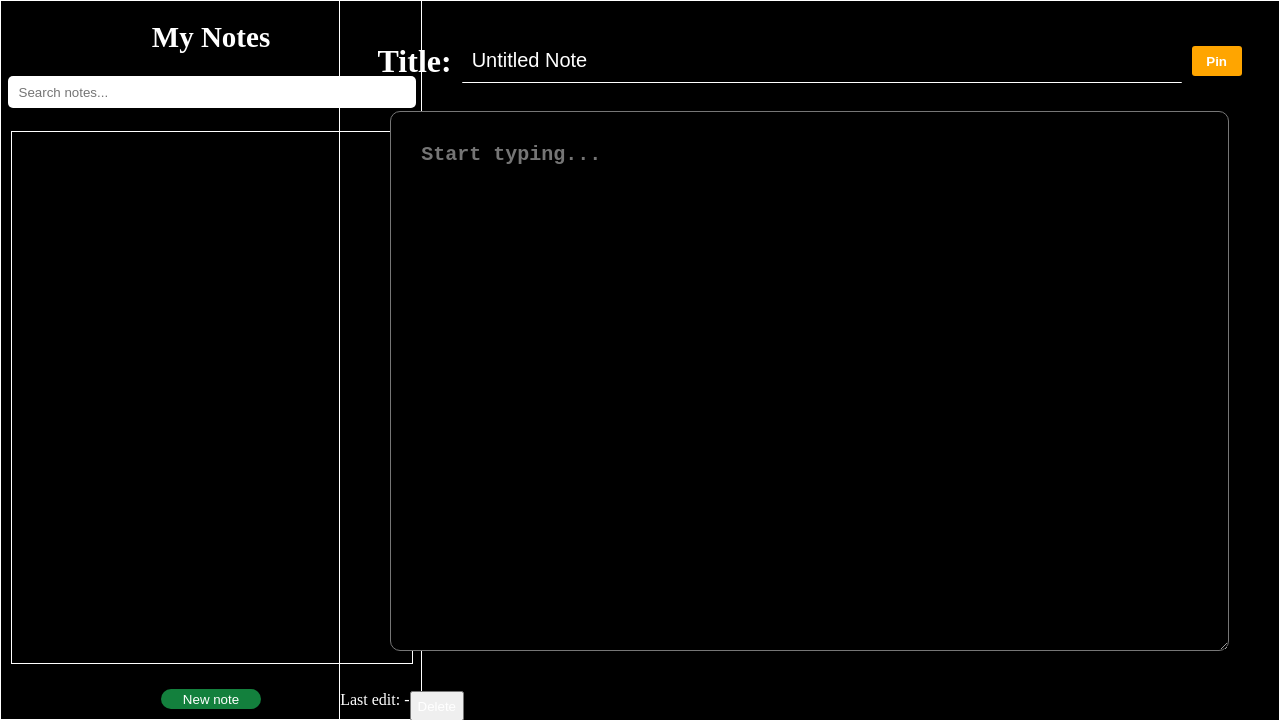
Repository: dmpelaez/myNotes
Page: QuickNotes.html
These files come from the project's save history. The page is drawn as it stood at one moment and after the next save; the edit follows.
The browser window is 1280 px wide. The pictures show the whole page.

Above is the page before, as saved 2025-12-18 21:40:46.

### QuickNotes.html
<!DOCTYPE html>

  <html>

    <head>

      <title>Quick Notes</title>

      <!--CSS LINK-->
      <link rel="stylesheet" href="QuickNotes.css">
    </head>
    <body>

      <!--Note section-->
      <aside class="aside-section">

        <!--My notes part-->
        <div class="myNotes">
          <p class="my-notes-text">My Notes</p>
        </div>
        <!--Search notes-->
        <div class="input-box">
          <input class="input" placeholder="Search notes...">
        </div>
        <!--Notes-->
        <div class="note-list"></div>
        <!--add button-->
        <button class="add-button">New note</button>

      </aside>

      <!---Typing section-->
      <main class="main-section">

        <!--Header-->
        <div class="header-section">
          <h1>Title:</h1>
          <input class="title-notes" placeholder="Untitled Note">
          <button class="pin-btn">Pin</button>
        </div>

        <!--text area-->
        <div class="texting-area">
          <textarea class="textarea" placeholder="Start typing..."></textarea>
        </div>

        <!---Delete button-->
        <div class="delete">
          <span class="edit">Last edit: -</span>
          <button class="delete-btn">Delete</button>
        </div>
      </main>


    </body>

  </html>

### QuickNotes.css
body {
  margin: 0;
  padding: 0;
  background: black;
  box-sizing: border-box;
}
* {
  color: rgb(255, 255, 255);
}
.aside-section {
  border: 1px solid white;
  display: grid;
  width: 400px;
  position: fixed;
  bottom: 0;
  top: 0;
  grid-template-rows: 40px 30px 1fr 20px;
  padding: 10px;
  gap: 25px;

}

.my-notes-text {
  display: flex;
  margin: 0px;
  justify-self: center;
  align-self: center;
  margin-top: 10px;
}
.note-list {
  border: 1px solid white;
  width: 100%;
}

.my-notes-text {
  font-weight: bold;
  font-size: 29px;
}

.input {
  color: black;
  display: flex;
  align-self: center;
  justify-self: center;
  Width: 99%;
  height: 100%;
  border-radius: 5px;
  border: none;
  outline: none;
  padding-left: 10px;
  margin-left: 1px;
}
.input::placeholder {
  padding-left: 1px;

}

.add-button {
  width: 100px;
  display: flex;
  justify-self: center;
  background: rgb(19, 128, 61);
  border: none;
  border-radius: 10px;
  color: white;
  font-family: arial;
  align-items: center;
  justify-content: center;
  cursor: pointer;
}

.note-list {
  display: grid;
}

.main-section {
  position: fixed;
  left: 26.5%;
  border: 1px solid white;
  right: 0px;
  height: 100%;
  display: grid;
  grid-template-rows: 70px 1fr 30px;
  gap: 40px;
}

.header-section {
  display: flex;
  justify-self: center;
  align-self: center;
  gap: 10px;
  margin-top: 50px;
  align-items: center;
}
.title-notes {
  width: 700px;
  padding: 10px;
  border-radius: 1px;
  background: none;
  border: none;
  border-bottom: 1px solid white;
  outline: none;
 font-size: 20px;
 font-family: arial;
}

.title-notes::placeholder {
  color: white;
  font-family: arial;
  font-size: 20px;

}

.pin-btn {
  background: orange;
  border: none;
  border-radius: 3px;
  font-family: arial;
  font-weight: bold;
  width: 50px;
  height: 30px
}

.texting-area {
  display: flex;
  padding-right: 50px;
  padding-left: 50px;
}
.textarea {
  background: black;
  outline: none;
  display: flex;
  width: 100%;
  padding-left: 30px;
  padding-right: 80px;
  padding-top: 30px;
  line-height: 25px;
  font-size: 20px;
  font-weight: bold;
  border-radius: 10px;
}

.delete {
  display: flex;
  width: 100%;
}

After the next save:
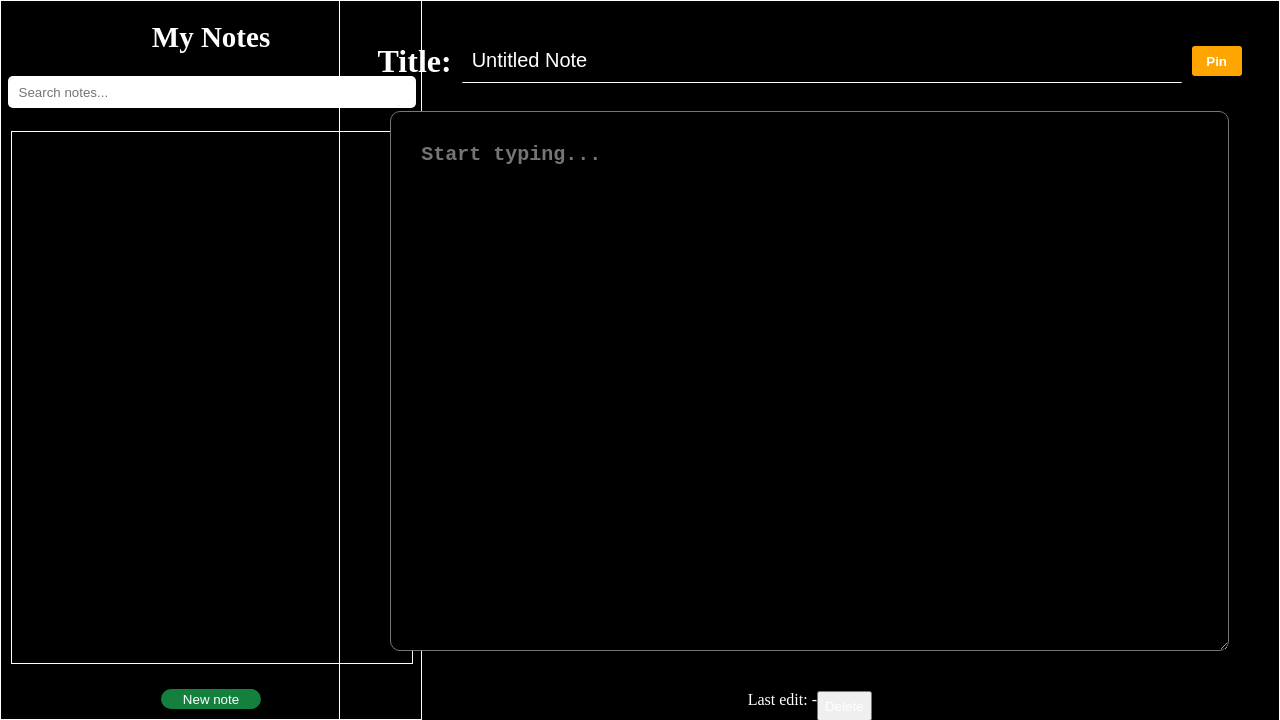
Saved 10 s later.
--- a/QuickNotes.css
+++ b/QuickNotes.css
@@ -142,5 +142,5 @@ body {
 
 .delete {
   display: flex;
-  width: 100%;
+  justify-content: center;
 }
